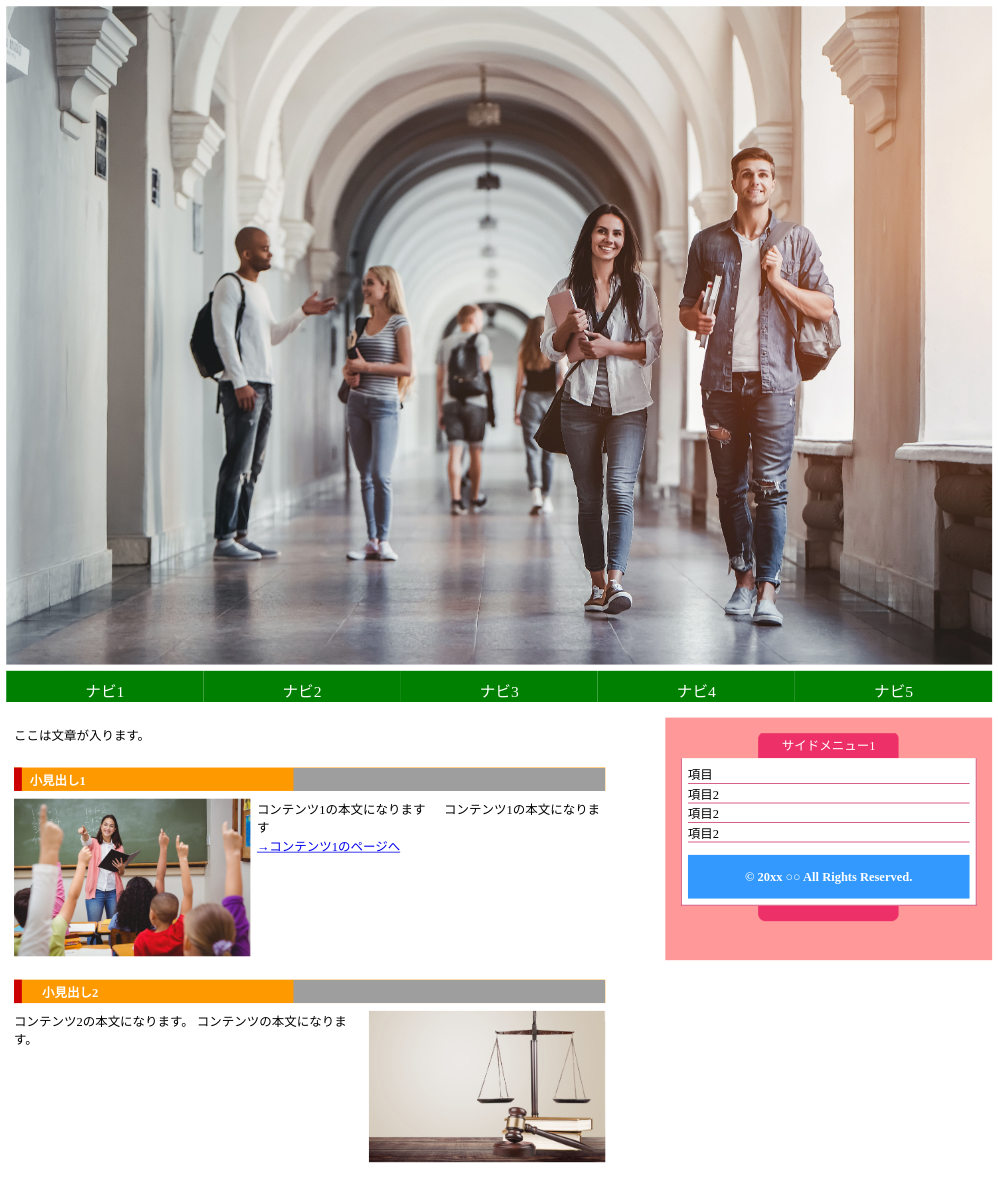
Repository: katsuya-ohkubo/samurai.-HTML-CSS
Page: home.html
The author's editor kept a record of every edit. The page is drawn from the files as they stood at one moment, then again after the next edit.
The browser window is 1280 px wide. The pictures show the whole page, at 78% of full size.
The pointer rests on the first visible `#side .box .boxbody ul li`.
Pictures or frames that could not be fetched are drawn as grey boxes.

Above is the page before.

### home.html
<!DOCTYPE html>
<html lang="ja">
 <head>
  <meta charset="UTF-8">
  <title>HTML/CSSの学習</title>
  <link rel="stylesheet" href="stylesheet.css">
 </head>
 <body>
   <div id="header">
    <h1><a href="index.html"><img id="corridor" src="images/corridor.jpg" alt="大学の廊下"/></a></h1>
   </div>
  <div id="wrapper">
     <div id="nav">
      <ul>
       <li><a href="home.html">ナビ1</a></li>
       <li><a href="#">ナビ2</a></li>
       <li><a href="#">ナビ3</a></li>
       <li><a href="#">ナビ4</a></li>
       <li><a href="#">ナビ5</a></li>
      </ul>
     </div>
     <div id="container">
      <div id="main">
       <div class="post">
        <p>ここは文章が入ります。</p>
       </div>
       <div class="post clearfix">
        <h2>小見出し1</h2>
        <img class="left" src="images/classroom.jpg" alt="授業風景"/>
        <p>コンテンツ1の本文になります
        　  コンテンツ1の本文になります
        </p>
        <p><a href="#">→コンテンツ1のページへ</a></p>
       </div>
       <div class="post clearfix">
        <h2>　小見出し2</h2>
        <img class="right" src="images/scale.jpg" alt="天秤">
        <p>コンテンツ2の本文になります。
           コンテンツの本文になります。
        </p>
       </div>
     </div>
  </div>
     <div id="side">
      <div class="box">
       <h2>サイドメニュー1</h2>
       <div class="boxbody">
        <ul>
         <li>項目</li>
         <li>項目2</li>
         <li>項目2</li>
         <li>項目2</li>
        </ul>
    <div id="footer">
     <p>&copy; 20xx ○○ All Rights Reserved.</p>
    </div>
 </body>
</html>

### stylesheet.css
@charset ""utf-8";

body {
    margin: 0;
    padding: 0;
    font-family: "ヒラギノ角ゴ Pro W3" , "Hiragino Kaku Gothic Pro" , "メイリオ"
    color: #333;
    font-size: 13px;
    line-height: 150%;
}

/*------------- wrapper -------------- */

#wrapper {
    width: 100%;
    margin: auto;
    padding: 0px;
    border: 0px;
    background-color: #FFF;
    top: 10px;
}

/*------------- header ---------------- */

#header {
    width: 100%;
}

#header h1 {
    margin: 0;
    padding: 0;
}

#corridor {
    width: 100%;
    height: auto;
}

/*---------footer---------*/

#footer {
    clear: both;
    width: 100%;
    padding: 3px 0 3px 0;
    background: #39F;
    color: #FFF;
    font-weight: bold;
    text-align: center;
}

/*--------nav--------------*/

#nav {
    width: 100%;
}

#nav ul {
    display:flex;
    margin: 0;
    padding: 0;
    list-style-type: none;
}

#nav ul li {
    width: 20%;
    text-align: center;
}

#nav ul li a {
    display: block;
    height: 20px;
    margin: 0;
    padding: 10px;
    color: #FFF;
    font-size: 20px;
    text-decoration: none;
    background-color: green;
}

/*--------container----------*/
#container {
    width: 100%;
    margin: auto;
    padding: auto;
    padding-top: 20px;
    clear: both;
}

/*---------main---------*/
#main {
    float:left;
    width: 60%;
    padding: 10px 30px 10px 10px;
}

#main h2 {
    margin: 0 0 10px 0;
    padding: 3px 10px 3px 10px;
    color: #FFF;
    font-size: 16px;
    border-left: solid 10px #C00;
    background: #F90 url(../images/main_h2.jpg) right top repeat-y;
}

#main p {
    margin: 0;
    padding: 0;
}

#main .post {
    margin: 0 0 30px 0;
}

#main .post img.left {
    margin: 0 8px 0 0;
}

.right {
    float: right;
    width: 40%;
    height: auto;
}

.left {
    float: left;
    width: 40%;
    height: auto;
}

/*-----------clearfix-------*/
.clearfix {
    zoom: 1;
}

.clearfix:after {
    content: "";
    display: block;
    clear: both;
}

/*-------side------*/
#side {
    float: right;
    width: 30%;
    padding: 20px;
    background-color: #F99;
}

#side .box {
    margin: 0 auto 30px auto;
    padding: 0 0 20px 0;
    background: url(images/side_box.png) bottom no-repeat;
}

#side .box h2 {
    margin: 0;
    padding: 8px;
    text-align: center;
    color: #FFF;
    font-size: 16px;
    line-height: 16px;
    font-weight: normal;
    background: url(images/side_box_h2.png) center no-repeat;
}

#side .box .boxbody {
    padding: 8px;
    border-right: solid 1px #C36;
    border-bottom: solid 1px #C36;
    border-left: solid 1px #C36;
    background: #fff;
}

#side .box .boxbody ul {
    margin: 0 0 16px 0;
    padding: 0;
}

#side .box .boxbody ul li {
    padding 8px 0 8px 4px;
    list-style: none;
    border-bottom: solid 1px #C36;
}

After the next edit:
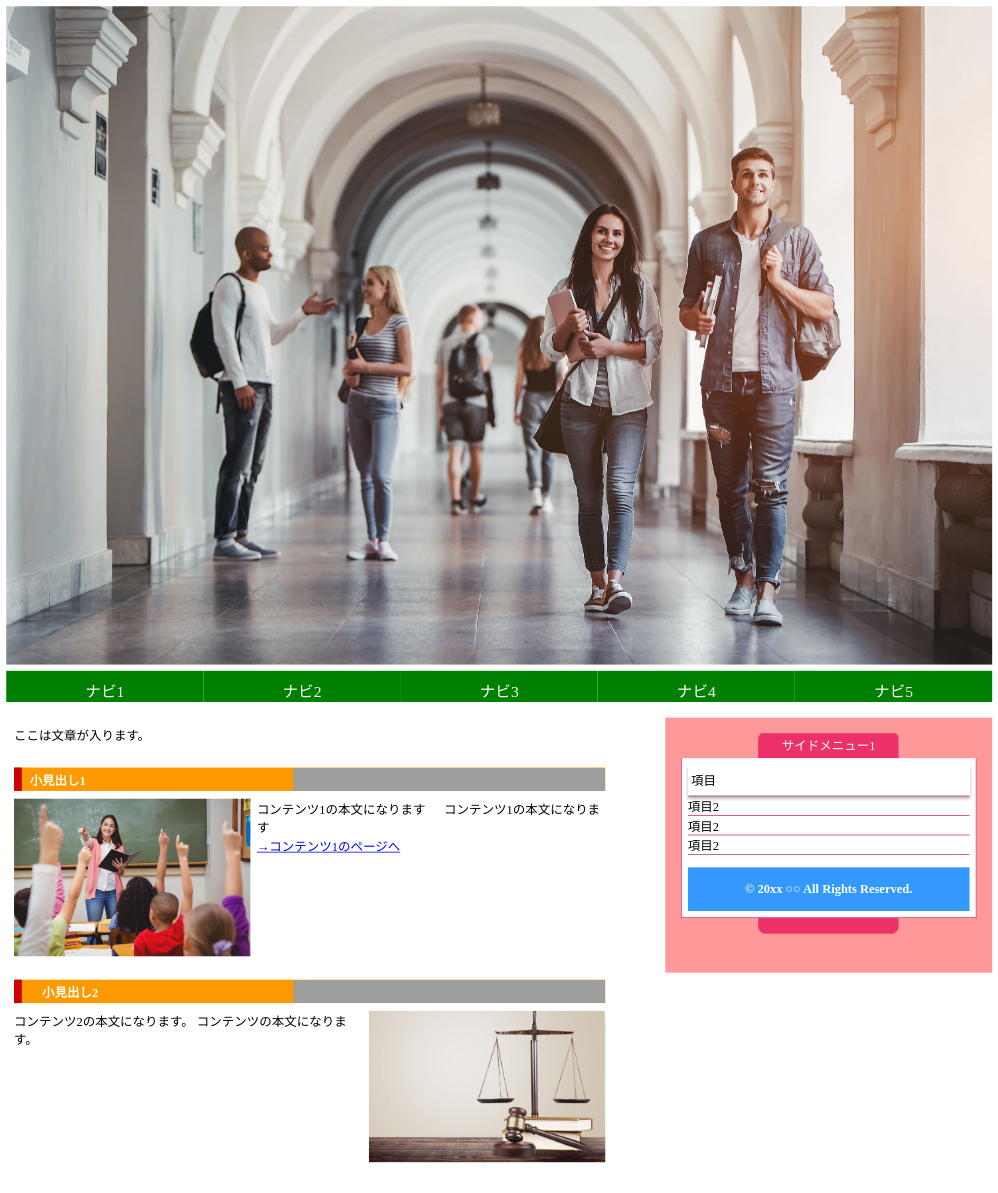
The edit:
--- a/stylesheet.css
+++ b/stylesheet.css
@@ -181,3 +181,10 @@
     list-style: none;
     border-bottom: solid 1px #C36;
 }
+
+#side .box .boxbody ul li:hover {
+    padding: 8px 0 8px 4px;
+    list-style: none;
+    border-bottom: solid 1px #C36;
+    box-shadow: 0px 4px 4px rgba(0, 0, 0, 0.3);
+}
